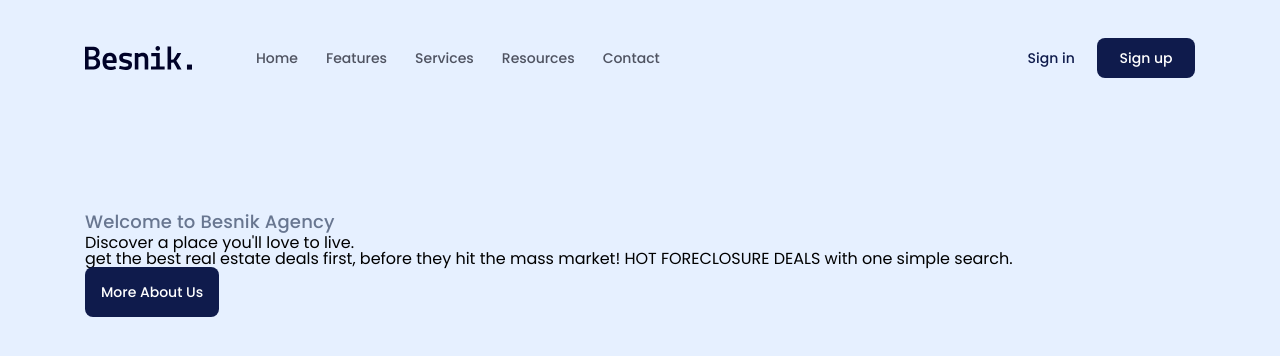
Repository: vancong171001/f8-html-css-01
Page: index.html
These files come from the project's save history. The page is drawn as it stood at one moment and after the next save; the edit follows.
The browser window is 1280 px wide. The pictures show the whole page.

Above is the page before, as saved 2025-02-18 16:24:29.

After the next save:
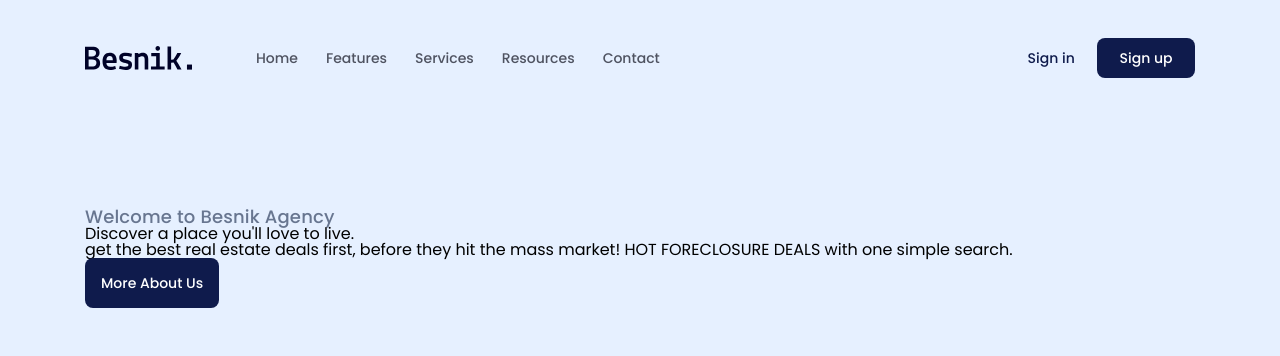
Saved 5 s later.
--- a/assets/css/styles.css
+++ b/assets/css/styles.css
@@ -94,6 +94,6 @@
   color: #687690;
   font-size: 18px;
   font-weight: 500;
-  line-height: normal;
+  line-height: ;
   letter-spacing: 0.18px;
 }
